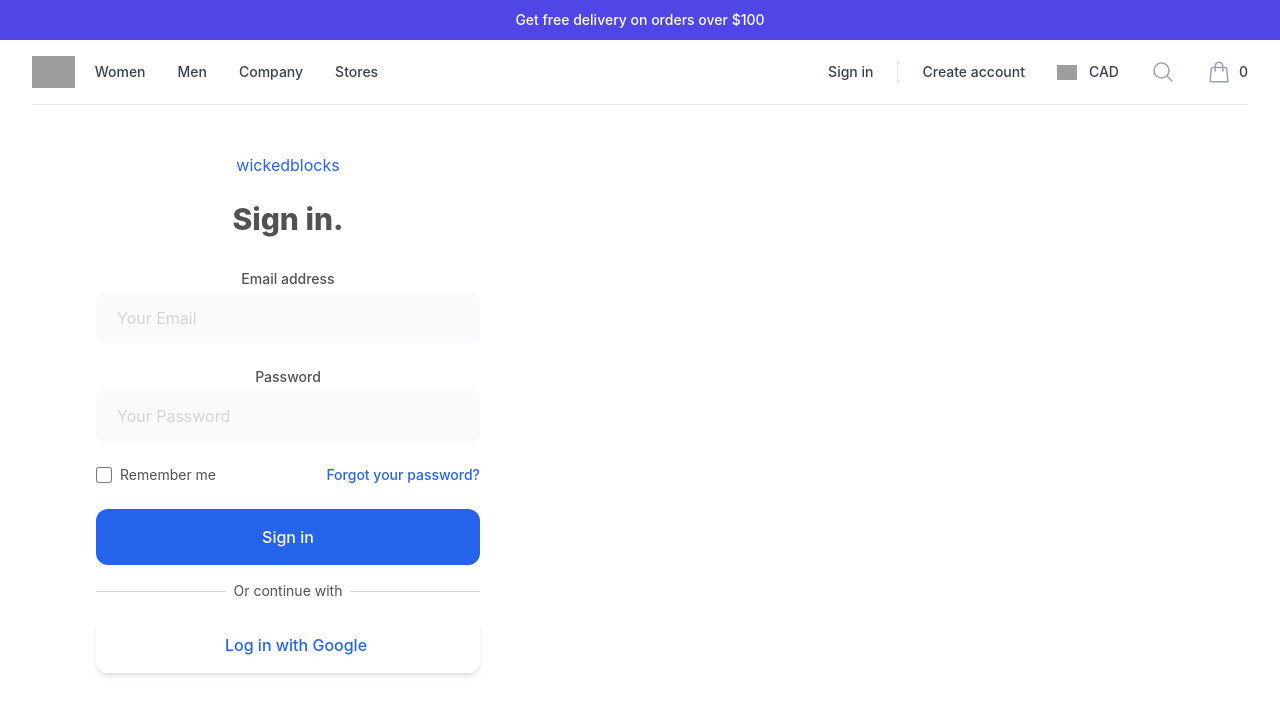
Repository: mehedi9465/Maiden_Wears
Page: /login
An editor plug-in stored every save of this project. The page is shown before and after the next save, followed by the edit.
The browser window is 1280 px wide. The pictures show the whole page.
Pictures or frames that could not be fetched are drawn as grey boxes. The page's requests for data from a server got no answer. The project was rebuilt for these pictures with package versions that can differ from the ones it lists, and the page was loaded fresh each time. No one was signed in, and anything a server would have sent is missing. Also part of the build but not shown: src/Components/Home/Promo/Promo.js, src/Components/Home/NewArrivals/NewArrivals.js, src/Components/Home/Brands/Brands.js, src/Components/Home/Home/Home.js, src/Components/Authentication/Register/Register.js.

Above is the page before, as saved 2022-12-29 19:10:02.

After the next save:
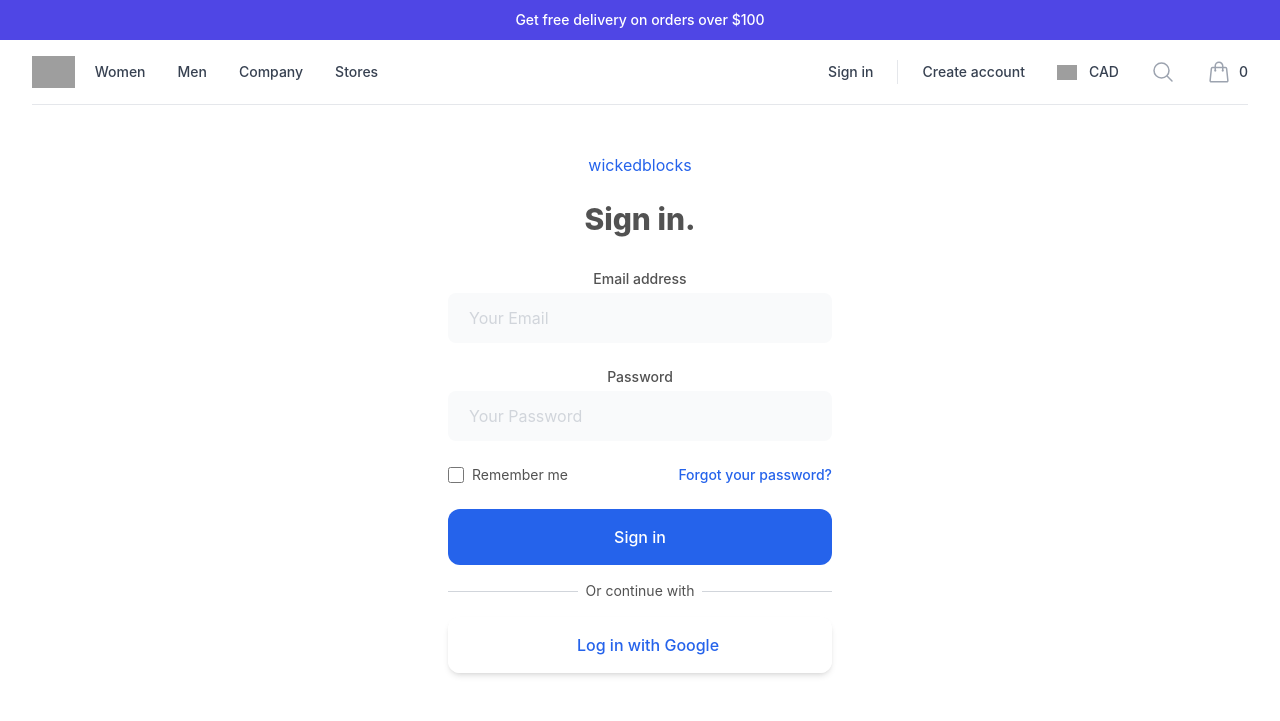
Saved 4 s later.
--- a/src/Components/Authentication/Login/Login.js
+++ b/src/Components/Authentication/Login/Login.js
@@ -4,7 +4,7 @@ const Login = () => {
   return (
     <div>
       <section class=" overflow-hidden">
-    <div class="flex min- overflow-hidden flex jus">
+    <div class="flex min- overflow-hidden flex justify-center">
         <div class="flex flex-col justify-center flex-1 px-4 py-12 overflow-hidden sm:px-6 lg:flex-none lg:px-20 xl:px-24">
             <div class="w-full max-w-xl mx-auto lg:w-96">
                 <div>
